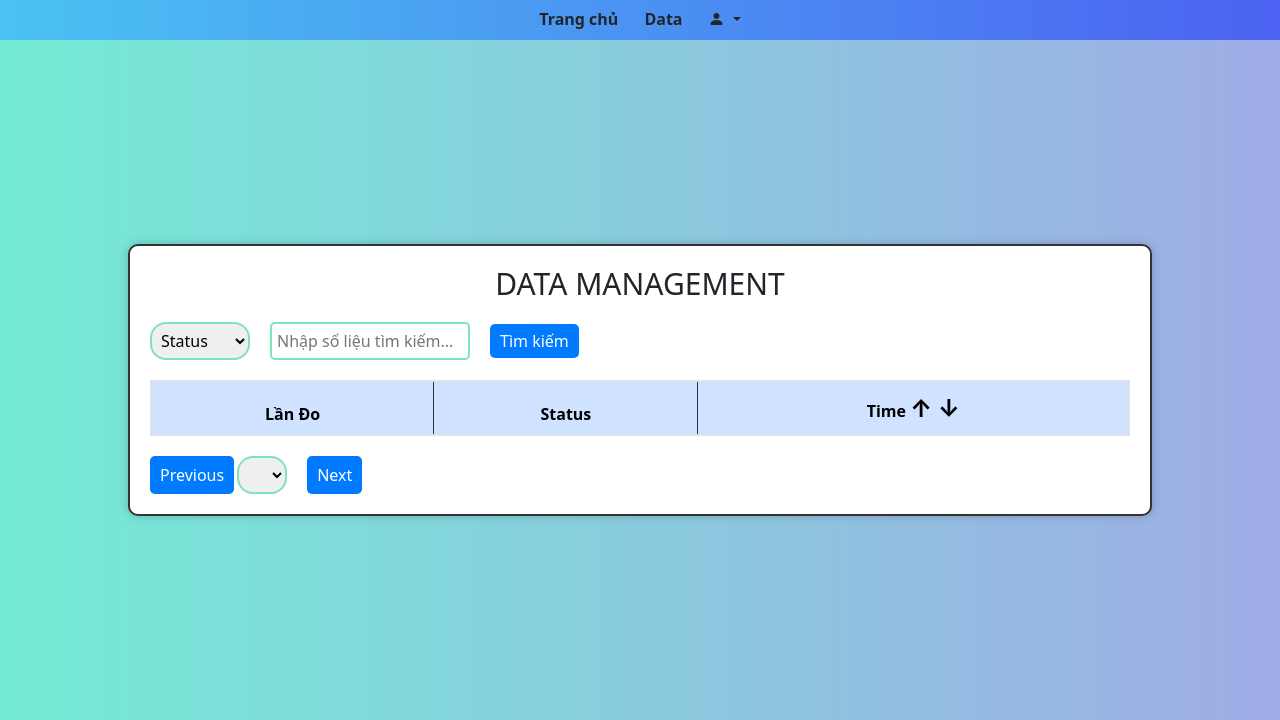
Repository: ndmq03102002/BTL_IOT
Page: Fontend_IOT/iot/history.html
An editor plug-in stored every save of this project. The page is shown before and after the next save, followed by the edit.
The browser window is 1280 px wide. The pictures show the whole page.
The page's requests for data from a server got no answer.

Above is the page before, as saved 2023-11-08 22:18:23.

### Fontend_IOT/iot/history.html
<!DOCTYPE html>
<html lang="en">
<head>
    <meta charset="UTF-8">
    <meta name="viewport" content="width=device-width, initial-scale=1.0">
    <title>History</title>
    <link rel="stylesheet" href="style.css">
    <link rel="stylesheet" href="bootstrap/css/bootstrap.css">
    <link rel="stylesheet" href="https://cdn.jsdelivr.net/npm/bootstrap-icons@1.10.5/font/bootstrap-icons.css">
    <style>
        body {
            background: linear-gradient(to right, #74ebd5, #9face6);
            min-height: 100vh;
            margin: 0;
            display: flex;
            flex-direction: column;
            align-items: center;
        }
        .pre_container{
            width: 100%;
            height: 100%;
            display: flex;
            justify-content: center;
            align-items: center;
            flex :1;
          }
        .container {
            background-color: white;
            border: 2px solid #333;
            border-collapse: collapse;
            width: 80%;
            padding: 20px;
            box-shadow: 0 0 10px rgba(0, 0, 0, 0.2);
            border-radius: 10px;
        }

        .search-container {
            margin: 20px 0;
            display: flex;
            align-items: center;
        }

        input, select {
            color: #000;
            width: 200px;
            border: 2px solid #75e4b0ed;
            margin-right: 20px;
            padding: 5px;
            border-radius: 5px;
        }

        table {
            width: 100%;
            border-collapse: collapse;
            border: 2px solid #333;
            background-color: white;
            margin-top: 20px;
        }

        th, td {
            border: 1px solid #333;
            padding: 10px;
            text-align: center;
        }

        th {
            background-color: #007BFF;
            color: white;
        }

        .pagination {
            margin-top: 20px;
            display: flex;
            list-style: none;
            padding: 0;
        }

        .page-item {
            margin-right: 10px;
        }

        .page-link {
            text-decoration: none;
            background-color: #007BFF;
            color: #fff;
            padding: 5px 10px;
            border-radius: 5px;
        }

        .page-link:hover {
            background-color: #0056b3;
        }

        .sort-icon {
            font-size: 24px;
            cursor: pointer;
        }

        button {
            border-radius: 5px;
            margin-right: 3px;
            background-color: #007BFF;
            color: #fff;
            border: none;
            padding: 5px 10px;
        }
    </style>
</head>
<header style="width: 100%; height: 40px; margin :auto;background: linear-gradient(to right, #4ac2f2, #4c62f2)">
    <div class="col-sm-12 data">
        <a href="index.html" class="btn" style="font-weight: bold;">Trang chủ</a>
        <a href="data.html" class="btn" style="font-weight: bold;">Data</a>
        <div class="btn-group" >
            <a class="btn btn-white dropdown-toggle"  href="#" role="button" data-bs-toggle="dropdown" aria-expanded="false">
                <i class="bi bi-person-fill"></i>
            </a>
            <ul class="dropdown-menu">
                <li><a href="javascript:" class="dropdown-item"><i class="bi bi-person"></i> MSV: B20DCCN567</a></li>
                <li><a href="javascript:" class="dropdown-item"><i class="bi bi-phone"></i> Phone: 0961264306</a></li>
                <li><a href="message.html" class="dropdown-item"><i class="bi bi-envelope"></i> Email: Nguyendinhmanhquynh@gmail.com</a></li>
            </ul>
          </div>
    </div>
</header>
<body>
<div class = "pre_container">
    <div class="container">
        <h1 style="text-align: center; font-size: 30px;">DATA MANAGEMENT</h1>
        <div>
        <div class="search-container">
            <select id="searchColumn" style="width:100px; border-radius: 16px">
                <option value="status">Status</option>
                <option value="Time">Time</option>
            </select>
            <input type="text" id="searchInput" placeholder="Nhập số liệu tìm kiếm...">
            <button id="searchButton">Tìm kiếm</button>
        </div>
        <table class="table table-hover">
            <thead class="table-primary">
                <tr>
                    <th>Lần Đo</th>
                    <th>Status</th>
                    <th>
                        Time
                        <span value="time" id="sort-by-time-incre" class="sort-icon">   &#x2191; </span>
                        <span value="time" id="sort-by-time-decre" class="sort-icon">   &#x2193;</span>
                    </th>
                </tr>
            </thead>
            <tbody>
                <!-- data from database -->
            </tbody>
        </table>
        <div class="pagination">
            <button id="prevBtn">Previous</button>
            <select id="pageBtns" style="width:50px;border-radius: 16px"></select>
            <button id="nextBtn">Next</button>
        </div>
    </div>
</div>

</body>
<script src="historyJs.js"></script>
<script src="jquery.js"></script>
    <script src="popper.min.js"></script>
    <script src="bootstrap/js/bootstrap.min.js"></script>
</html>

### Fontend_IOT/iot/style.css
html {
  margin: 0;
  padding: 0;
}
.data {
  display: flex;
  justify-content: center;
  align-items: center;
}
.data a:hover{
  color: white;
}

.block {
  width: 100%;
  height: 200px;
  margin-right: 0px;
  margin-bottom: 27px;
  background-color: #9fb4d0;

  box-shadow: 0px 0px 5px 2px rgba(97, 95, 151, 0.47);
  border-radius: 3%;
}
.block1 {
  width: 100%;
  height: 200px;
  margin-right: 0px;
  margin-bottom: 27px;
  background: linear-gradient(to right, #f2994a, #f2c94c);
}
.block2 {
  width: 100%;
  height: 200px;
  margin-right: 0px;
  margin-bottom: 27px;
  background: linear-gradient(to right, #4ac2f2, #1a6f7c);
}
.block3 {
  width: 100%;
  height: 200px;
  margin-right: 0px;
  margin-bottom: 27px;
  background: linear-gradient(to right, #f8d90f, #f2ff00);
}
.block4 {
  width: 100%;
  height: 200px;
  margin-right: 0px;
  margin-bottom: 27px;
  background: linear-gradient(to right, #f8d90f, #f2ff00);
}
.abc {
  margin-bottom: 30px;
}
.col-pd {
  padding: 20px;
}
.block-size {
  font-size: 40px;
  font-weight: bold;
  text-align: center;
}
.fan {
  width: 200px;
  height: 200px;
  position: relative;
}

.blade {
  width: 0;
  height: 0;
  position: absolute;
  top: 10%;
  left: 170%;
  transform-origin: 0 50%;
  background-color: #000000;
  border-radius: 50%;
}

.blade-1 {
  width: 50px;
  height: 80px;
  clip-path: polygon(0 50%, 100% 0, 50% 50%);
  transform: rotate(0deg);
  /* animation: rotateFan1 1s linear infinite; */
}

.blade-2 {
  width: 50px;
  height: 80px;
  clip-path: polygon(0 50%, 100% 0, 50% 50%);
  transform: rotate(120deg);
  /* animation: rotateFan2 1s linear infinite; */
}

.blade-3 {
  width: 50px;
  height: 80px;
  clip-path: polygon(0 50%, 100% 0, 50% 50%);
  transform: rotate(240deg);
  /* animation: rotateFan3 1s linear infinite; */
}

@keyframes rotateFan2 {
  to {
    transform: rotate(480deg);
  }
}
@keyframes rotateFan1 {
  to {
    transform: rotate(360deg);
  }
}
@keyframes rotateFan3 {
  to {
    transform: rotate(600deg);
  }
}
.button {
  display: flex;
  flex-direction: row;
  justify-content: space-between;
}

.button .btn-success {
  margin-right: 10px; /* Thêm khoảng cách bên phải cho nút "ON" */
}
.light {
  width: 200px;
  height: 200px;
}
.light img {
  width: 50%;
  height: auto;
  margin-left: 150%;
}
.gas {
  width: 200px;
  height: 200px;
}
.gas img {
  width: 50%;
  height: auto;
  margin-left: 150%;
}

.warning {
  animation: blinkAnimation 0.2s infinite;
}
@keyframes blinkAnimation {
  0%, 100% {
      background-image: linear-gradient(to right,#410505, #420404);
  }
  50% {
      background-image: linear-gradient(to right,#c0b0b0, #c5b6b6);
  }
}

### Fontend_IOT/iot/historyJs.js
let dataFromSpringBoot = []
   function getTempAllData(){
       return fetch(`http://localhost:8080/status`)
        .then(function(response){
            return response.json();
        })
        .then(function(posts){
            dataFromSpringBoot=posts;
        })
        .catch(function(err){
            console.log(err);
        });
    }
    const itemsPerPage = 10;

   // Hàm để lấy dữ liệu cho trang cụ thể
   function getDataForPage(page,ArrayData) {
       const startIndex = (page - 1) * itemsPerPage;
       const endIndex = startIndex + itemsPerPage;
       return ArrayData.slice(startIndex, endIndex);
   }
   // Hiển thị dữ liệu lên bảng
function displayData(data) {
    const tbodyElement = document.querySelector("tbody")
    tbodyElement.innerHTML = ""; // Xóa dữ liệu cũ

    data.forEach(rowData => {
        const row = document.createElement("tr");
        row.innerHTML = `<td>${rowData.id}</td><td>${rowData.status}</td><td>${rowData.time}</td>`;
        tbodyElement.appendChild(row);
    });
}
function displayPage(page,ArrayData) {
    const data = getDataForPage(page,ArrayData);
    displayData(data);
}

function createPageSelect(totalPages, currentPage, ArrayData) {
    const pageSelect = document.getElementById("pageBtns");

    pageSelect.innerHTML = ""; // Xóa các option trang cũ
    for (let i = 1; i <= totalPages; i++) {
      const option = document.createElement("option"); // tạo 1 phần tử <option>
      option.value = i; // gán giá trị cho phần tử <option>
      option.textContent = i; // text hiển thị cho phần tử <option>
      pageSelect.appendChild(option); // thêm phần tử <option> vào phần tử <select>
    }

    pageSelect.value = currentPage;

    pageSelect.addEventListener("change", (event) => { // Sự kiện khi chọn trang
      const selectedPage = parseInt(event.target.value, 10);
      goToPage(totalPages, selectedPage, ArrayData);
    });
  }

  let currentPage = 1; // Đặt trang hiện tại là trang đầu tiên
  function goToPage(totalPages, pageNumber, ArrayData) { // hàm này dùng để chuyển đến trang cụ thể
    currentPage = pageNumber;
    displayPage(pageNumber, ArrayData); // Hiển thị dữ liệu cho trang cụ thể
    createPageSelect(totalPages, currentPage, ArrayData)
  }
getTempAllData().then(()=>{
    // Hiển thị dữ liệu đã phân trang
    const pageBtns = document.getElementById("pageBtns");
    const prevBtn = document.getElementById("prevBtn");
    const nextBtn = document.getElementById("nextBtn");

    let totalPages = Math.ceil(dataFromSpringBoot.length/10); // Đặt số trang dựa vào dữ liệu từ backend
     let currentPage = 1;
     displayPage(currentPage,dataFromSpringBoot)
     createPageSelect(totalPages,currentPage,dataFromSpringBoot);

    // Sự kiện nút Previous
    prevBtn.addEventListener("click", () => {
        if (currentPage > 1) {
          currentPage--;
          goToPage(totalPages, currentPage, dataFromSpringBoot);
        }
      });

      // Sự kiện nút Next
      nextBtn.addEventListener("click", () => {
        if (currentPage < totalPages) {
          currentPage++;
          goToPage(totalPages, currentPage, dataFromSpringBoot);
        }
      });

     //-----------------------------------------------------Search------------------------------------------------------------------
const searchInput = document.getElementById("searchInput");
const searchButton = document.getElementById("searchButton");
const searchColumn = document.getElementById("searchColumn");


function search() {
  const searchText = searchInput.value.trim().toLowerCase();
  const selectedColumn = searchColumn.value;

  let dataSearch = dataFromSpringBoot.filter((item) => {
    if (selectedColumn === "time") {
      return item[selectedColumn].includes(searchText);
    }
    if(searchText == "") return true; // Nếu không nhập gì thì trả về tất cả dữ liệu
    return item[selectedColumn] == searchText;
  });

  const totalPages = Math.ceil(dataSearch.length / itemsPerPage);
  let currentPage = 1;

  displayPage(currentPage, dataSearch);
  createPageSelect(totalPages, currentPage, dataSearch);
   // Sự kiện nút Previous
   prevBtn.addEventListener("click", () => {
    if (currentPage > 1) {
      currentPage--;
      goToPage(totalPages, currentPage, dataSearch);
    }
  });

  // Sự kiện nút Next
  nextBtn.addEventListener("click", () => {
    if (currentPage < totalPages) {
      currentPage++;
      goToPage(totalPages, currentPage, dataSearch);
    }
  });

}

searchButton.addEventListener("click", search);

function Sort(columnSelect, isIncreasing) {
  dataFromSpringBoot.sort((a, b) => {
    const valA = a[columnSelect];
    const valB = b[columnSelect];
    if (columnSelect === "time") {
      return isIncreasing ? valA.localeCompare(valB) : valB.localeCompare(valA);
    }
    return isIncreasing ? valA - valB : valB - valA;
  });

  let totalPages = Math.ceil(dataFromSpringBoot.length / itemsPerPage);
  let currentPage = 1;
  displayPage(currentPage, dataFromSpringBoot);
  createPageSelect(totalPages, currentPage, dataFromSpringBoot);
}

document.getElementById("sort-by-time-incre").addEventListener("click", () => {
  Sort("time", true);
});

document.getElementById("sort-by-time-decre").addEventListener("click", () => {
  Sort("time", false);
});
})

Loaded but not shown: Fontend_IOT/iot/bootstrap/css/bootstrap.css (library); Fontend_IOT/iot/jquery.js (library); Fontend_IOT/iot/popper.min.js (library); Fontend_IOT/iot/bootstrap/js/bootstrap.min.js (library)

After the next save:
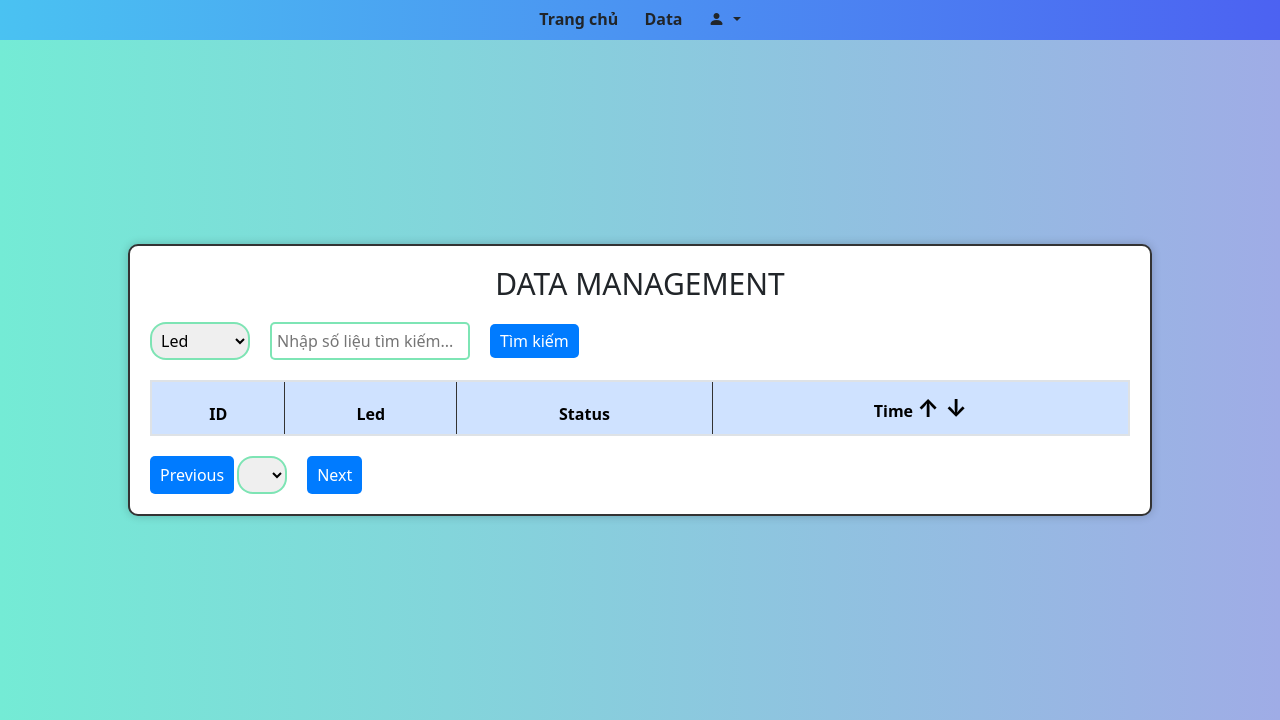
Saved 18 h 10 min later.
--- a/Fontend_IOT/iot/history.html
+++ b/Fontend_IOT/iot/history.html
@@ -129,8 +129,9 @@
         <div>
         <div class="search-container">
             <select id="searchColumn" style="width:100px; border-radius: 16px">
+                <option value="led">Led</option>
                 <option value="status">Status</option>
-                <option value="Time">Time</option>
+                <option value="time">Time</option>
             </select>
             <input type="text" id="searchInput" placeholder="Nhập số liệu tìm kiếm...">
             <button id="searchButton">Tìm kiếm</button>
@@ -138,7 +139,8 @@
         <table class="table table-hover">
             <thead class="table-primary">
                 <tr>
-                    <th>Lần Đo</th>
+                    <th>ID</th>
+                    <th>Led</th>
                     <th>Status</th>
                     <th>
                         Time
